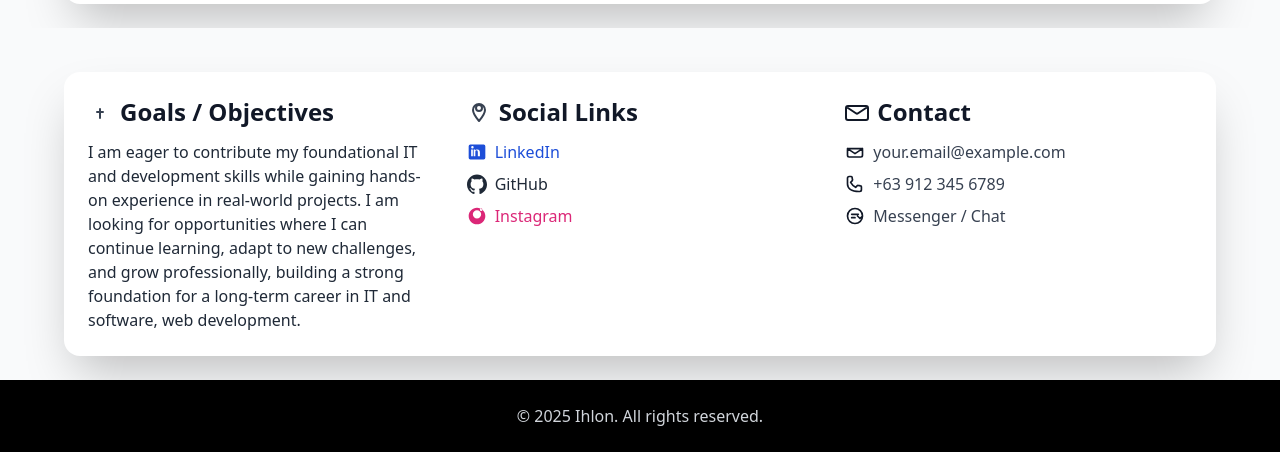
Repository: MeekSharkdev/cv-portfolio
Page: index.html
The author's editor kept a copy of each file at every save. The page is drawn from the files as they stood at one save, then again after a run of saves.
The browser window is 1280 px wide. The pictures show the part of the page from y = 2336 to 2800 px (the page is 2788 px tall before and 2800 px after).
A picture or video elsewhere on the page could not be fetched, so the positions and the page height are approximate.

Above is the page before, as saved 2026-01-31 21:09:29.
Not found: styles.css

After the next 2 saves:
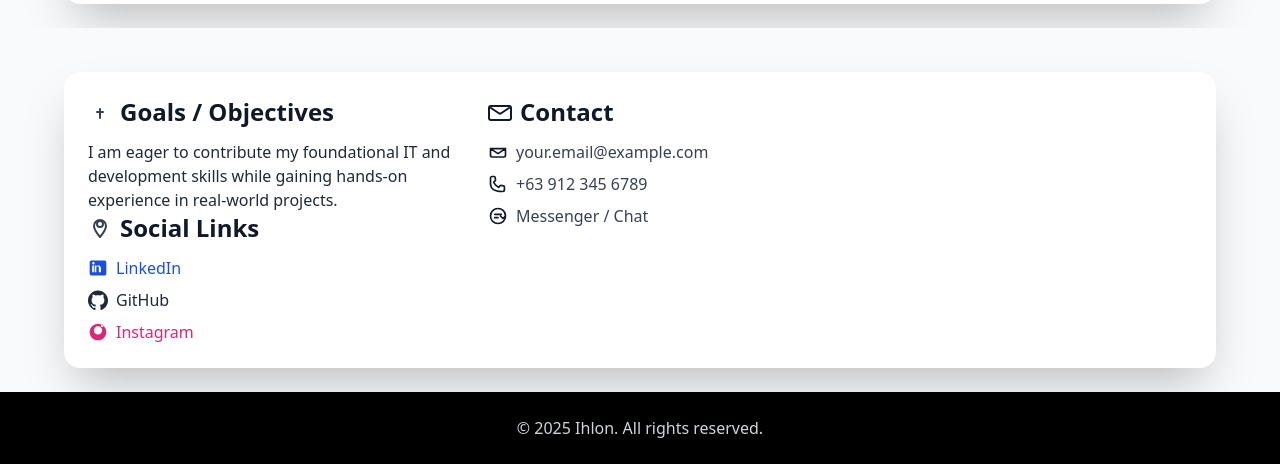
The 2 saves are shown as one change because they came seconds apart.
The last was saved 14 s later.
--- a/index.html
+++ b/index.html
@@ -374,14 +374,7 @@
                 </h2>
             <p class="text-gray-800">
                 I am eager to contribute my foundational IT and development skills while gaining hands-on experience in real-world
-                projects. I am looking for opportunities where I can continue learning, adapt to new challenges, and grow
-                professionally, building a strong foundation for a long-term career in IT and software, web development.
-            </p>
-
-            </div>
-
-<!-- Social Links -->
-<div class="md:w-1/3">
+                projects.<p></p>
     <h2 class="text-2xl font-semibold mb-3 flex items-center gap-2">
         <!-- Social icon -->
         <svg xmlns="http://www.w3.org/2000/svg" class="h-6 w-6 text-gray-700" fill="none" viewBox="0 0 24 24"
